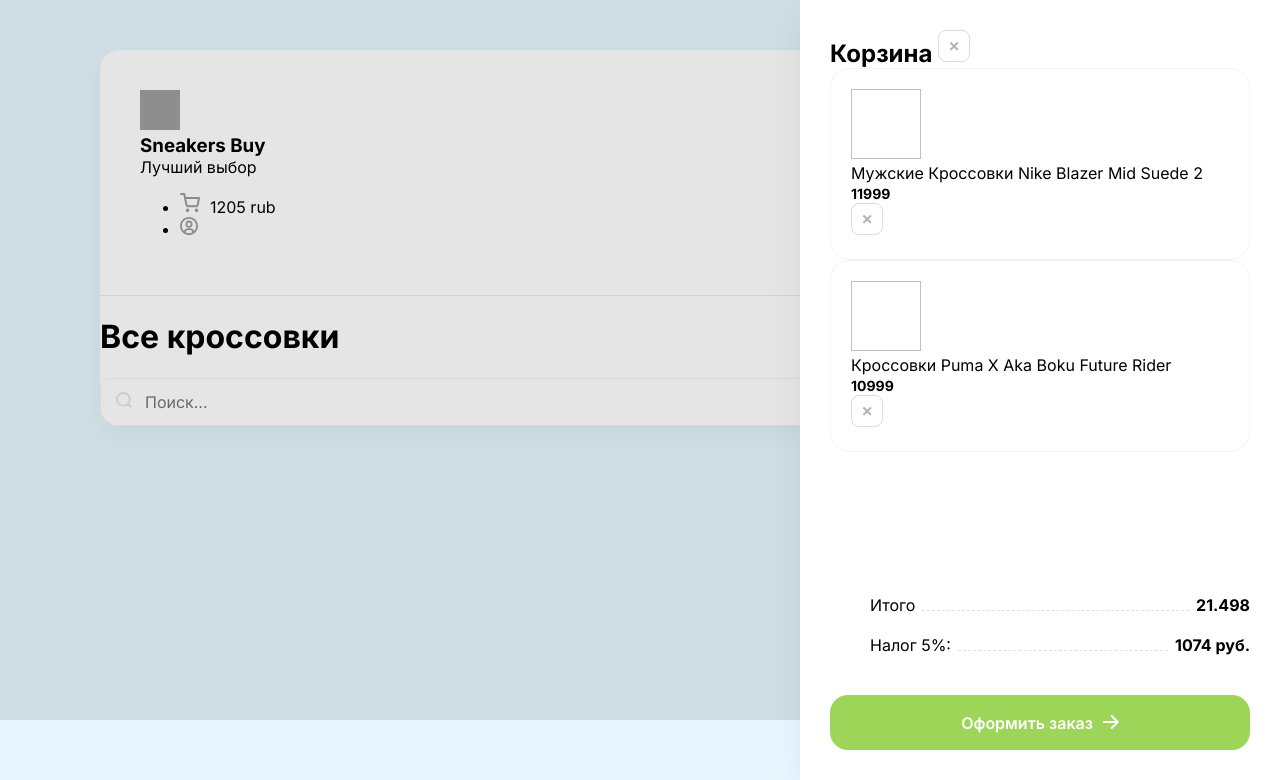
Repository: iveivs/sneakers
Page: /, after clicking the first element matching `li.mr-30`
These files come from the project's save history. The page is drawn as it stood at one moment and after the next save; the edit follows.
The browser window is 1280 px wide. The pictures show the whole page.
Pictures or frames that could not be fetched are drawn as grey boxes. The page's requests for data from a server got no answer. The project was rebuilt for these pictures with package versions that can differ from the ones it lists, and the page was loaded fresh each time. No one was signed in, and anything a server would have sent is missing. Also part of the build but not shown: src/components/Card.jsx.

Above is the page before, as saved 2024-03-03 19:40:06.

After the next save:
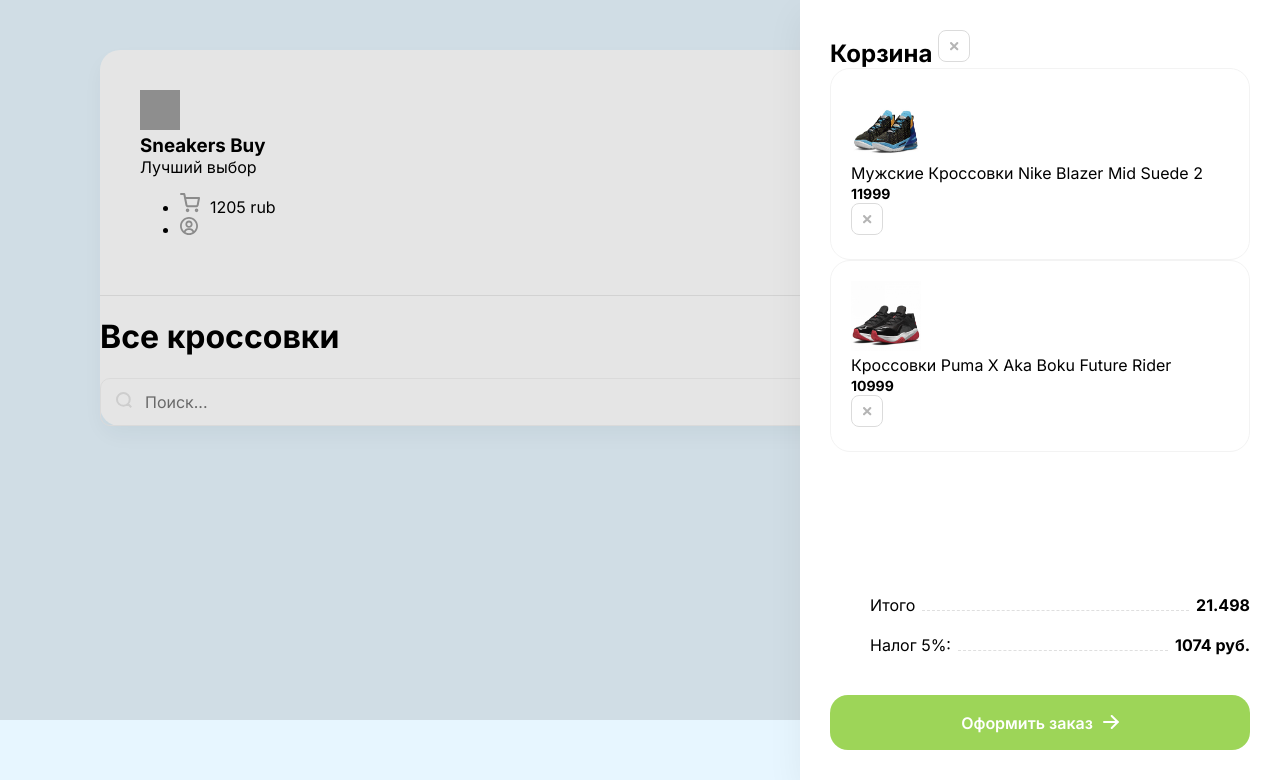
Saved 9 s later.
--- a/src/components/Drawer.jsx
+++ b/src/components/Drawer.jsx
@@ -15,7 +15,7 @@
                                     className="cartItemImg"
                                     width={70}
                                     height={70}
-                                    src={obj.url}
+                                    src={obj.imageUrl}
                                     alt=""
                                 />
                                 {/* <div
